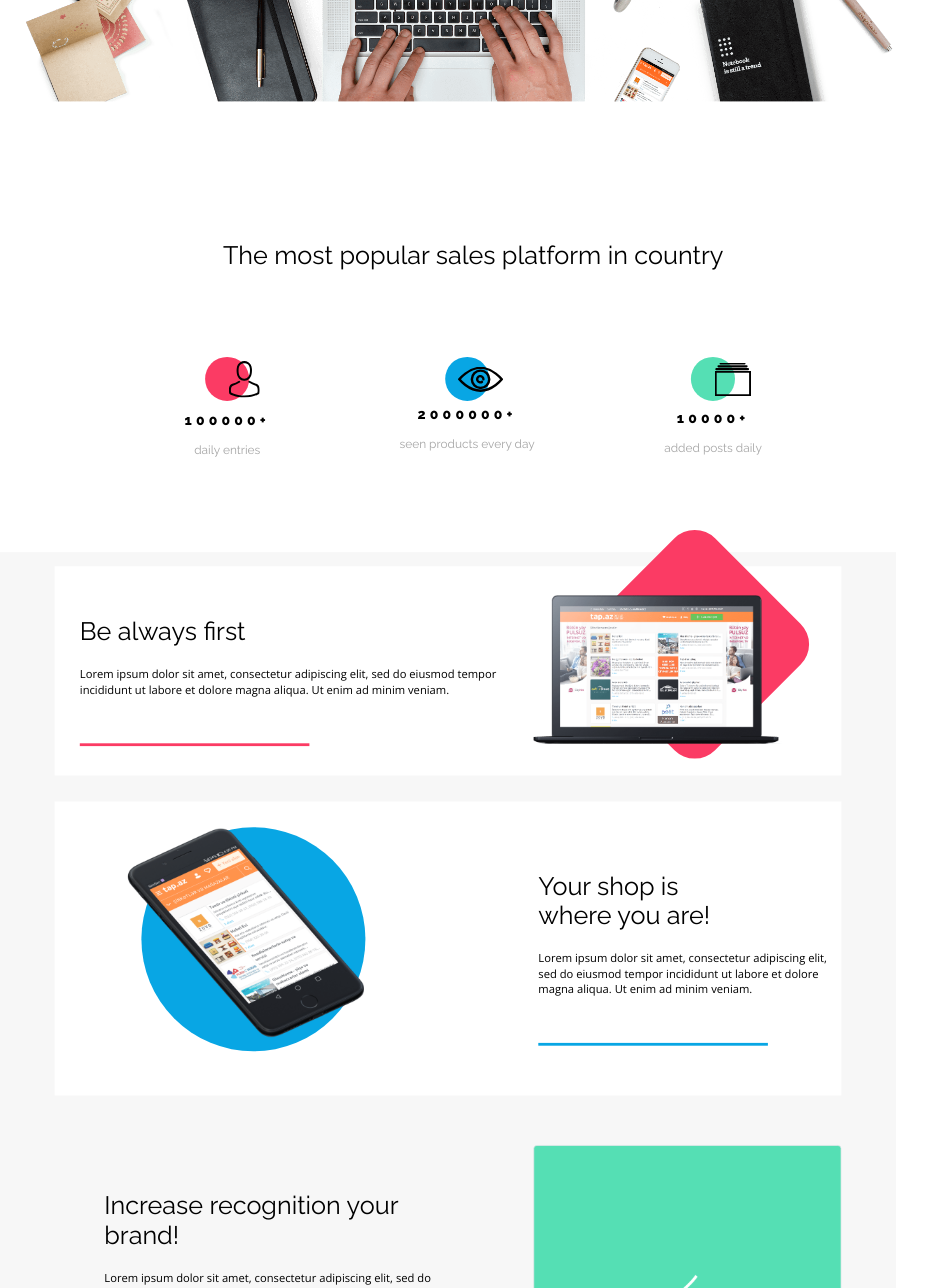
Repository: Widzisz/bestshop-website
Page: index.html
The author's editor kept a copy of each file at every save. The page is drawn from the files as they stood at one save, then again after the next save.
The browser window is 1280 px wide. The page is 1352 px wide, so the pictures cover 1352 px, including what lies to the right of the window. The pictures show the part of the page from y = 477 to 2317 px (the page is 2538 px tall), at 70% of full size.

Above is the page before, as saved 2021-03-20 10:52:22.

### index.html
<!DOCTYPE html>
<html lang="en">

<head>
  <meta charset="UTF-8">
  <meta http-equiv="X-UA-Compatible" content="IE=edge">
  <meta name="viewport" content="width=device-width, initial-scale=1.0">
  <link rel="preconnect" href="https://fonts.gstatic.com">
  <link
    href="https://fonts.googleapis.com/css2?family=Open+Sans:ital,wght@0,300;0,400;0,600;0,700;0,800;1,300;1,400;1,600;1,700;1,800&family=Raleway:ital,wght@0,100;0,200;0,300;0,400;0,500;0,600;0,700;0,800;0,900;1,100;1,200;1,300;1,400;1,500;1,600;1,700;1,800;1,900&display=swap"
    rel="stylesheet">
  <title>BestShop</title>
  <link rel="stylesheet" href="css/normalize.css">
  <link rel="stylesheet" href="css/style.css">
</head>

<body>
  <div class="hero">
    <!--!!! HEADER + NAV !!!-->
    <header class="header">
      <div class="container">

        <div class="logo">
          <a href="" class="logo__title">
            BestShop
          </a>
        </div>

        <nav class="menu">
          <ul class="menu__list">
            <li><a href="">WHY US</a></li>
            <li><a href="">BENEFITS</a></li>
            <li><a href="">PRICES</a></li>
            <li><a href="">CONTACT</a></li>
          </ul>
        </nav>

      </div>
    </header>

    <!--!!! SEKCJA PIERWSZA !!!-->
    <section class="welcome">
      <div class="welcome__rows">
        <h1 class="welcome__rows-title">
          Sell More
        </h1>
        <p class="welcome__rows-text">
          Open shop on our platform and increase your sales
        </p>
        <div class="welcome__rows-btn">
          <a href="" class="welcome__rows-btn-1">
            Open your shop
          </a>
        </div>
      </div>
    </section>

    <!--!!! SEKCJA DRUGA !!!-->
    <section class="container">
      <div class="statistics">
        <h2 class="statistics__title">
          The most popular sales platform in country
        </h2>

        <div class="statistics__rows">

          <div class="statistics__rows-1">
            <div class="statistics__rows-picture">
              <div class="statistics__rows-circle-1">
              </div>
              <img src="images/person.svg" alt="" class="statistics-icon-1">
            </div>
            <p class="statistics__rows-numbers">
              100000+
            </p>
            <p class="statistics__rows-text">
              daily entries
            </p>
          </div>

          <div class="statistics__rows-2">
            <div class="statistics__rows-picture">
              <div class="statistics__rows-circle-2">
              </div>
              <img src="images/eye.svg" alt="" class="statistics-icon-2">
            </div>
            <p class="statistics__rows-numbers">
              2000000+
            </p>
            <p class="statistics__rows-text">
              seen products every day
            </p>
          </div>

          <div class="statistics__rows-3">
            <div class="statistics__rows-picture">
              <div class="statistics__rows-circle-3">
              </div>
              <img src="images/catalog.svg" alt="" class="statistics-icon-3">
            </div>
            <p class="statistics__rows-numbers">
              10000+
            </p>
            <p class="statistics__rows-text">
              added posts daily
            </p>
          </div>


        </div>
      </div>
    </section>


    <!--!!! SEKCJA TRZECIA !!!-->
    <div class="hero-2">
      <section class="container-2">

        <div class="promotion-1">
          <div class="promotion__image-1">
            <div class="promotion__picture">
              <img src="images/macbook.png" alt="" class="promotion__picture-1">
            </div>
            <div class="promotion__image-figure-1">
            </div>
          </div>
          <div class="text__rows">
            <h2 class="text__rows-title">
              Be always first
            </h2>
            <p class="text__rows-text">
              Lorem ipsum dolor sit amet, consectetur adipiscing elit, sed do eiusmod tempor incididunt ut labore et
              dolore magna aliqua. Ut enim ad minim veniam.
            </p>
            <div class="text__rows-underline-1">
            </div>
          </div>
        </div>

        <div class="promotion-2">
          <div class="promotion__image-2">
            <div class="promotion__picture">
              <img src="images/iphone.png" alt="" class="promotion__picture-2">
            </div>
            <div class="promotion__image-figure-2">
            </div>
          </div>
          <div class="text__rows-2">
            <h2 class="text__rows-title-2">
              Your shop is where you are!
            </h2>
            <p class="text__rows-text">
              Lorem ipsum dolor sit amet, consectetur adipiscing elit, sed do eiusmod tempor incididunt ut labore et
              dolore magna aliqua. Ut enim ad minim veniam.
            </p>
            <div class="text__rows-underline-2">
            </div>
          </div>
        </div>



        <div class="promotion-3">

          <div class="promotion-3__container">
            <div class="text__rows">
              <h2 class="text__rows-title-3">
                Increase recognition your brand!
              </h2>
              <p class="text__rows-text-3">
                Lorem ipsum dolor sit amet, consectetur adipiscing elit, sed do eiusmod tempor incididunt ut labore et
                dolore magna aliqua. Ut enim ad minim veniam.
              </p>
              <div class="text__rows-underline-3">
              </div>
            </div>
          </div>



          <div class="promotion__image-3">
            <div class="promotion__picture">
              <img src="images/trumpet.png" alt="" class="promotion__picture-3">
            </div>
            <div class="promotion__image-figure-3">
            </div>
          </div>
        </div>



      </section>
    </div>

  </div>

  </div>




</body>

</html>

### css/style.css
:root {
  --c-primary: #08a6e4;
  --c-primary-shadow: rgba(7, 172, 230, 0.16);
  --c-redish: #fb3b64;
  --c-green: #55dfb4;
  --c-black: #000000;
  --c-grey: #a5a5a5;
  --c-light-grey: #f7f7f7;
  --c-white: #ffffff;
  --font-open: "Open Sans", sans-serif;
  --font-raleway: "Raleway", sans-serif;
  --cursor-pointer: pointer;
}

html {
}

* {
  box-sizing: border-box;
}
body {
  margin: 0;
}

.container {
  width: 1352px;
  margin: 0 auto;
  padding-left: 10px;
  padding-right: 10px;
}

/* -------------------------------------------------------------------------
                           NAGŁÓWEK
------------------------------------------------------------------------- */
.hero {
  width: 100%;
  height: 100vh;
  background-color: var(--c-white);
}

.header {
  width: 100%;
  height: 70px;
  background-color: var(--c-white);
  box-shadow: 0px 3px 6px #00000029;
  opacity: 1;
}

.header .container {
  height: 100%;
  display: flex;
  justify-content: space-between;
  align-items: center;
}

.logo {
}

.logo__title {
  text-align: left;
  text-decoration: none;
  color: var(--c-primary);
  letter-spacing: 0px;
  opacity: 1;
  font: normal normal 300 32px/37px var(--font-raleway);
  cursor: var(--cursor-pointer);
}

.menu {
}
.menu__list {
  list-style-type: none;
  display: flex;
}
.menu__list a {
  padding: 0 50px;
  text-decoration: none;
  text-align: center;
  font: normal normal bold 11px/15px var(--font-open);
  letter-spacing: 3.28px;
  color: var(--c-black);
  opacity: 1;
  position: relative;
}

.menu__list a::before {
  content: "";
  position: absolute;
  width: 100%;
  height: 4px;
  top: 40px;
  left: 0;
  background-color: var(--c-primary);
  visibility: hidden;
  transform: scaleX(0);
  transition: all 0.3s ease-in-out 0s;
}

.menu__list a:hover::before {
  visibility: visible;
  transform: scaleX(0.5);
}

/* -------------------------------------------------------------------------
                           SEKCJA PIERWSZA
------------------------------------------------------------------------- */
.welcome {
  height: 100vh;
  background-image: url(../images/background.png);
  background-repeat: no-repeat;
  background-size: contain;
  background-position: center;
}

.welcome__rows {
  display: flex;
  justify-content: center;
  align-items: center;
  flex-direction: column;
  padding-bottom: 100px;
}

.welcome__rows-title {
  text-align: center;
  font: normal normal normal 49px/57px var(--font-raleway);
  letter-spacing: 0px;
  color: var(--c-black);
  opacity: 1;
}

.welcome__rows-text {
  text-align: center;
  font: normal normal normal 16px/22px var(--font-open);
  letter-spacing: 0px;
  color: var(--c-black);
  opacity: 1;
}

.welcome__rows-btn {
  margin-top: 20px;
  padding: 20px 180px;
  background: var(--c-primary);
  box-shadow: 5px 10px 14px #07ace629;
  border-radius: 40px;
  opacity: 1;
}

.welcome__rows-btn-1 {
  font: normal normal bold 16px/22px var(--font-open);
  text-align: center;
  letter-spacing: 0px;
  background: var(--c-primary);
  color: var(--c-white);
  text-decoration: none;
}

/* -------------------------------------------------------------------------
                           SEKCJA DRUGA
------------------------------------------------------------------------- */

.statistics {
  display: flex;
  justify-content: center;
  align-items: center;
  flex-direction: column;
}
.statistics__title {
  text-align: center;
  font: normal normal normal 36px/42px var(--font-raleway);
  letter-spacing: 0px;
  color: var(--c-black);
  opacity: 1;
  padding-bottom: 101px;
}

.statistics__rows {
  display: flex;
  justify-content: center;
  align-items: center;
  gap: 185px;
  padding-bottom: 120px;
}

.statistics__rows-picture {
  display: flex;
  justify-content: center;
  align-items: center;
}

.statistics__rows-circle-1 {
  height: 63px;
  width: 63px;
  background: var(--c-redish);
  border-radius: 50%;
  opacity: 1;
  position: absolute;
  z-index: 0;
}

.statistics__rows-circle-2 {
  height: 63px;
  width: 63px;
  background: var(--c-primary);
  border-radius: 50%;
  opacity: 1;
  position: absolute;
  z-index: 0;
}

.statistics__rows-circle-3 {
  height: 63px;
  width: 63px;
  background: var(--c-green);
  border-radius: 50%;
  opacity: 1;
  position: absolute;
  z-index: 0;
}

.statistics-icon-1 {
  position: relative;
  left: 20%;
  z-index: 1;
}

.statistics-icon-2 {
  position: relative;
  left: 10%;
  z-index: 1;
}

.statistics-icon-3 {
  position: relative;
  left: 20%;
  z-index: 1;
}

.statistics__rows-numbers {
  text-align: center;
  font: normal normal 800 20px/24px var(--font-raleway);
  letter-spacing: 5.96px;
  color: var(--c-black);
  opacity: 1;
}

.statistics__rows-text {
  text-align: center;
  font: normal normal normal 17px/20px var(--font-raleway);
  letter-spacing: 0px;
  color: var(--c-grey);
  opacity: 1;
}

/* -------------------------------------------------------------------------
                             SEKCJA TRZECIA
------------------------------------------------------------------------- */

.hero-2 {
  width: 100%;
  min-height: 100vh;
  background: var(--c-light-grey);
  padding: 20px;
  display: flex;
  justify-content: center;
}

.container-2 {
  width: 1124px;
}

.promotion-1 {
  display: flex;
  justify-content: space-between;
  align-items: center;
  flex-direction: row-reverse;
  background: var(--c-white);
}

.promotion__image-1 {
  padding-right: 71px;
  padding-bottom: 38px;
  padding-top: 38px;
  display: flex;
  justify-content: center;
  align-items: center;
  position: relative;
}
.promotion__picture {
}
.promotion__picture-1 {
  width: 386px;
  height: 219px;
  position: relative;
  z-index: 1;
}

.promotion__image-figure-1 {
  background-color: var(--c-redish);
  width: 255px;
  height: 255px;
  border-radius: 41px;
  opacity: 1;
  transform: rotate(45deg);
  position: absolute;
  bottom: 60px;
  left: 120px;
  z-index: 0;
}

.text__rows {
  padding-left: 36px;
}

.text__rows-title {
  text-align: left;
  font: normal normal normal 36px/42px var(--font-raleway);
  letter-spacing: 0px;
  color: var(--c-black);
  opacity: 1;
}
.text__rows-text {
  text-align: left;
  font: normal normal normal 16px/22px var(--font-open);
  letter-spacing: 0px;
  color: var(--c-black);
  opacity: 1;
}
.text__rows-underline-1 {
  width: 328px;
  height: 0px;
  border-bottom: 4px solid var(--c-redish);
  padding-top: 50px;
  opacity: 1;
}

.promotion-2 {
  margin: 37px 0;
  display: flex;
  justify-content: space-between;
  align-items: center;
  background: var(--c-white);
  gap: 194px;
}

.promotion__image-2 {
  padding-left: 71px;
  padding-bottom: 38px;
  padding-top: 12px;
  display: flex;
  justify-content: center;
  align-items: center;
}

.promotion__picture-2 {
  width: 426px;
  height: 328px;
  position: relative;
  z-index: 1;
}

.promotion__image-figure-2 {
  width: 320px;
  height: 320px;
  background: var(--c-primary);
  border-radius: 50%;
  position: absolute;
  z-index: 0;
}

.text__rows-underline-2 {
  width: 328px;
  height: 0px;
  border-bottom: 4px solid var(--c-primary);
  padding-top: 50px;
}

.text__rows-2 {
  padding-right: 20px;
  padding-bottom: 71px;
  padding-top: 69px;
}

.text__rows-title-2 {
  width: 246px;
  text-align: left;
  font: normal normal normal 36px/42px var(--font-raleway);
  letter-spacing: 0px;
  color: var(--c-black);
  opacity: 1;
}

.promotion-3 {
  display: flex;
  justify-content: space-between;
  align-items: center;
  column-gap: 61px;
}

.promotion-3__container {
  width: 623px;
  padding: 69px 34px 70px 35px;
  display: flex;
  justify-content: center;
  align-items: center;
}

.text__rows-title-3 {
  text-align: left;
  font: normal normal normal 36px/42px var(--font-raleway);
  letter-spacing: 0px;
  color: var(--c-black);
}

.text__rows-text-3 {
  text-align: left;
  font: normal normal normal 16px/22px var(--font-open);
  letter-spacing: 0px;
  color: var(--c-black);
}

.text__rows-underline-3 {
  width: 328px;
  height: 0px;
  border-bottom: 4px solid var(--c-green);
  padding-top: 70px;
}

.promotion__image-3 {
  display: flex;
  justify-content: flex-end;
  align-items: center;
}

.promotion__picture-3 {
  width: 296px;
  height: 208px;
  background: transparent;
  position: absolute;
  z-index: 1;
}

.promotion__image-figure-3 {
  width: 440px;
  height: 370px;
  background: var(--c-green);
  border-radius: 5px;
  border: 1px solid #e8e9ed;
  position: relative;
  z-index: 0;
}

Loaded but not shown: css/normalize.css (library)

After the next save:
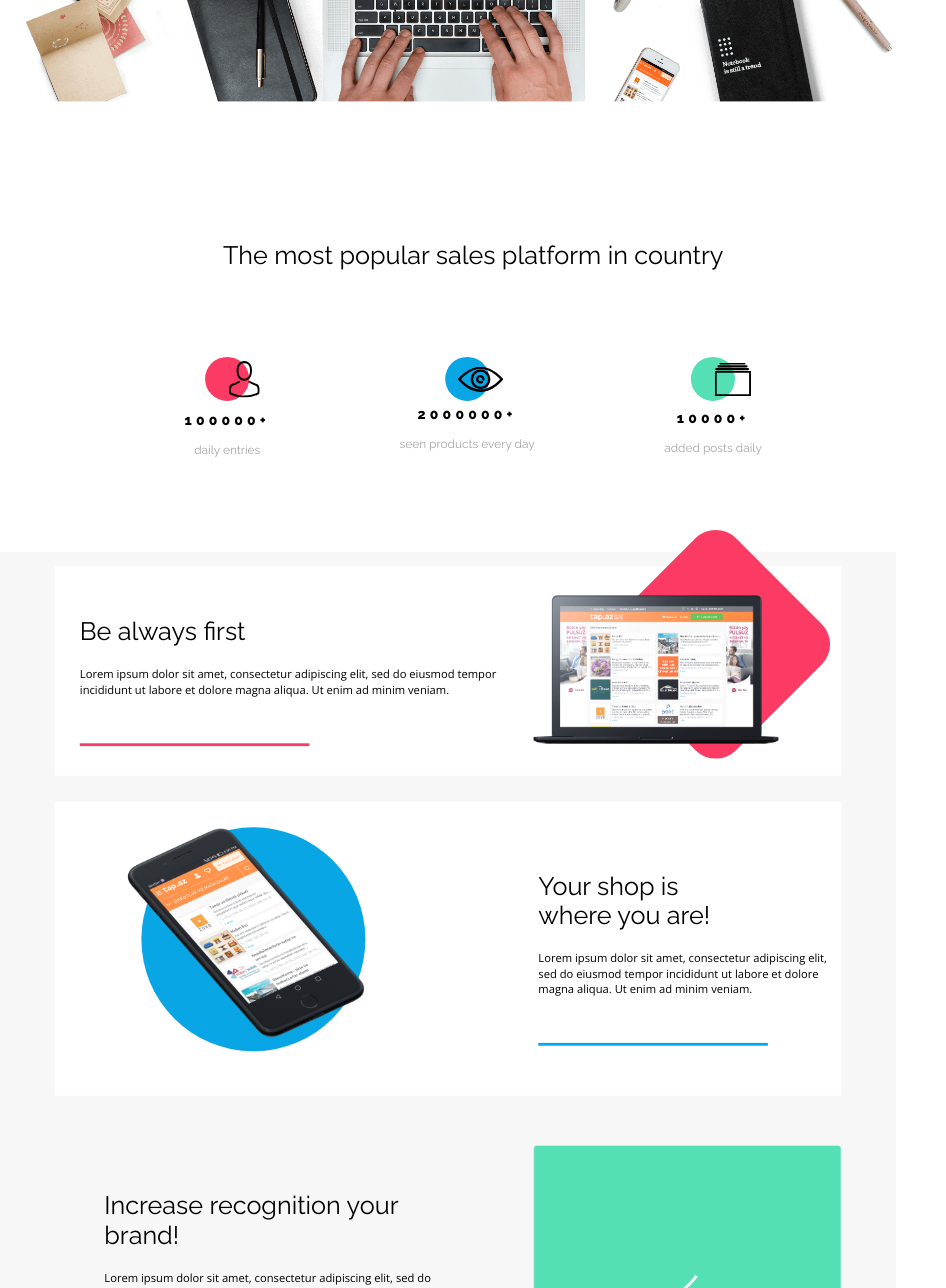
Saved 44 s later.
--- a/css/style.css
+++ b/css/style.css
@@ -303,7 +303,7 @@ body {
   transform: rotate(45deg);
   position: absolute;
   bottom: 60px;
-  left: 120px;
+  left: 150px;
   z-index: 0;
 }
 
